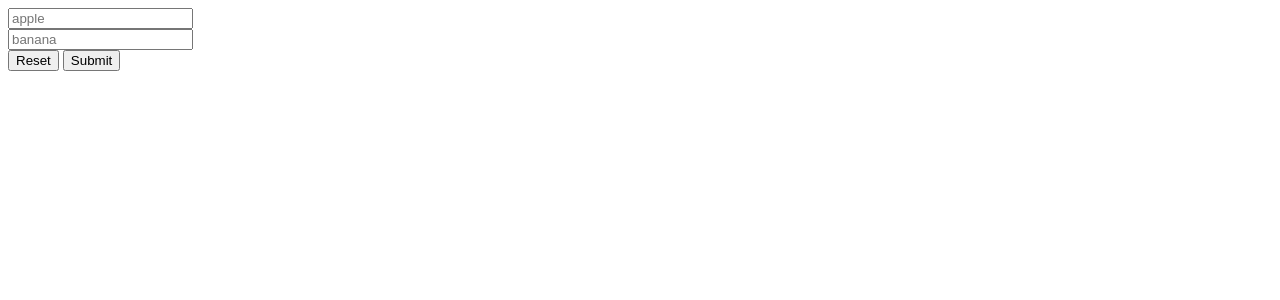
Repository: djdh94/jsp_practice
Page: http://localhost/JSPBasic/jspObject/1.requests/req_param_send.jsp
An editor plug-in stored every save of this project. The page is shown before and after the next save, followed by the edit.
The browser window is 1280 px wide. The pictures show the whole page.
The page is served by Tomcat 9.

Above is the page before, as saved 2022-02-03 05:48:45.

After the next save:
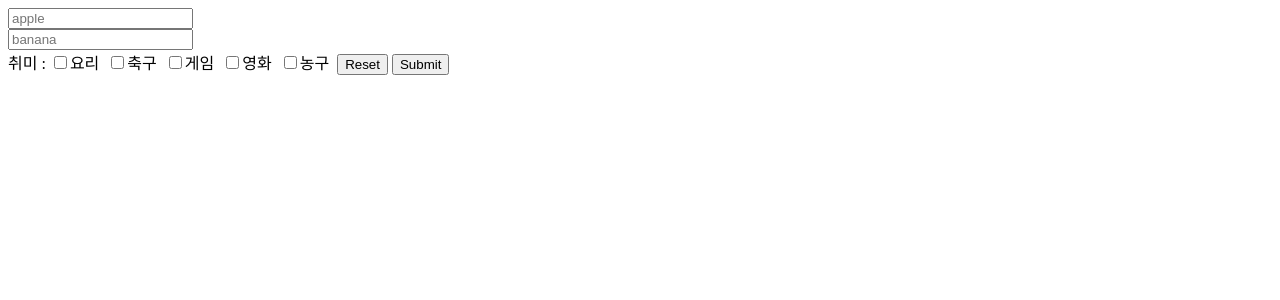
Saved 22 min 23 s later.
--- a/JSPBasic/src/main/webapp/jspObject/1.requests/req_param_send.jsp
+++ b/JSPBasic/src/main/webapp/jspObject/1.requests/req_param_send.jsp
@@ -13,6 +13,14 @@
 	<form action="req_param_getpost.jsp" method="get">
 		<input type="text" name="apple" placeholder="apple"/><br/>
 		<input type="password" name="banana" placeholder="banana"/><br/>
+
+		취미 :
+		<input type="checkbox" name="hobby">요리&nbsp;
+		<input type="checkbox" name="hobby">축구&nbsp;
+		<input type="checkbox" name="hobby">게임&nbsp;
+		<input type="checkbox" name="hobby">영화&nbsp;
+		<input type="checkbox" name="hobby">농구&nbsp;
+
 		<input type="reset"/>
 		<input type="submit"/>
 	</form>
